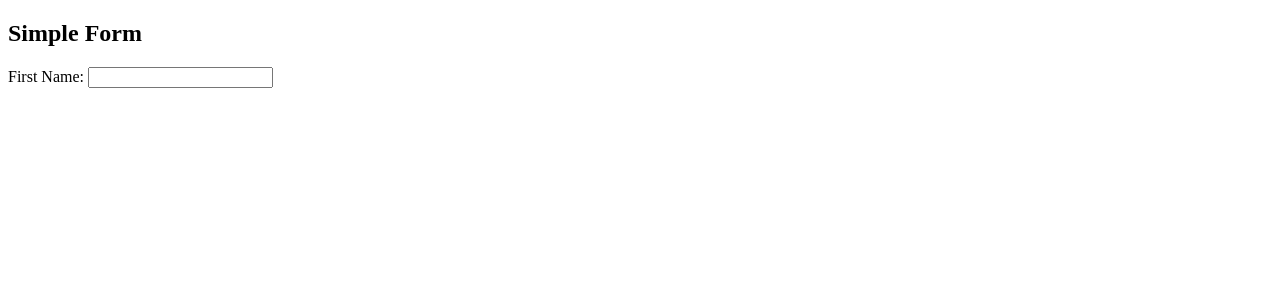
Repository: TheTroyPhillips/Block14
Page: Coursework/Block10/index.html
These files come from the project's save history. The page is drawn as it stood at one moment and after a run of saves; the edit follows.
The browser window is 1280 px wide. The pictures show the whole page.

Above is the page before, as saved 2023-09-07 19:18:00.

### Coursework/Block10/index.html
<!DOCTYPE html>
<html lang="en">
<head>
    <meta charset="UTF-8">
    <meta name="viewport" content="width=device-width, initial-scale=1.0">
    <title>Document</title>
</head>
<body>
    <article>
        <h2>Simple Form</h2>
        <form>
            <label for="fmane">First Name: </label>
            <input type="text" id="fname" name="fname">


        </form>
    </article>
</body>
</html>

After the next 2 saves:
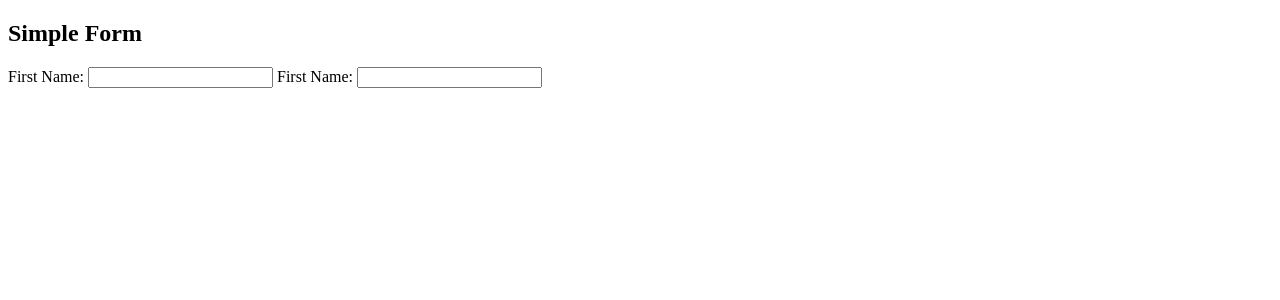
The 2 saves are shown as one change because they came seconds apart.
The last was saved 15 s later.
--- a/Coursework/Block10/index.html
+++ b/Coursework/Block10/index.html
@@ -11,7 +11,8 @@
         <form>
             <label for="fmane">First Name: </label>
             <input type="text" id="fname" name="fname">
-
+            <label for="lmane">First Name: </label>
+            <input type="text" id="fname" name="fname">
 
         </form>
     </article>
